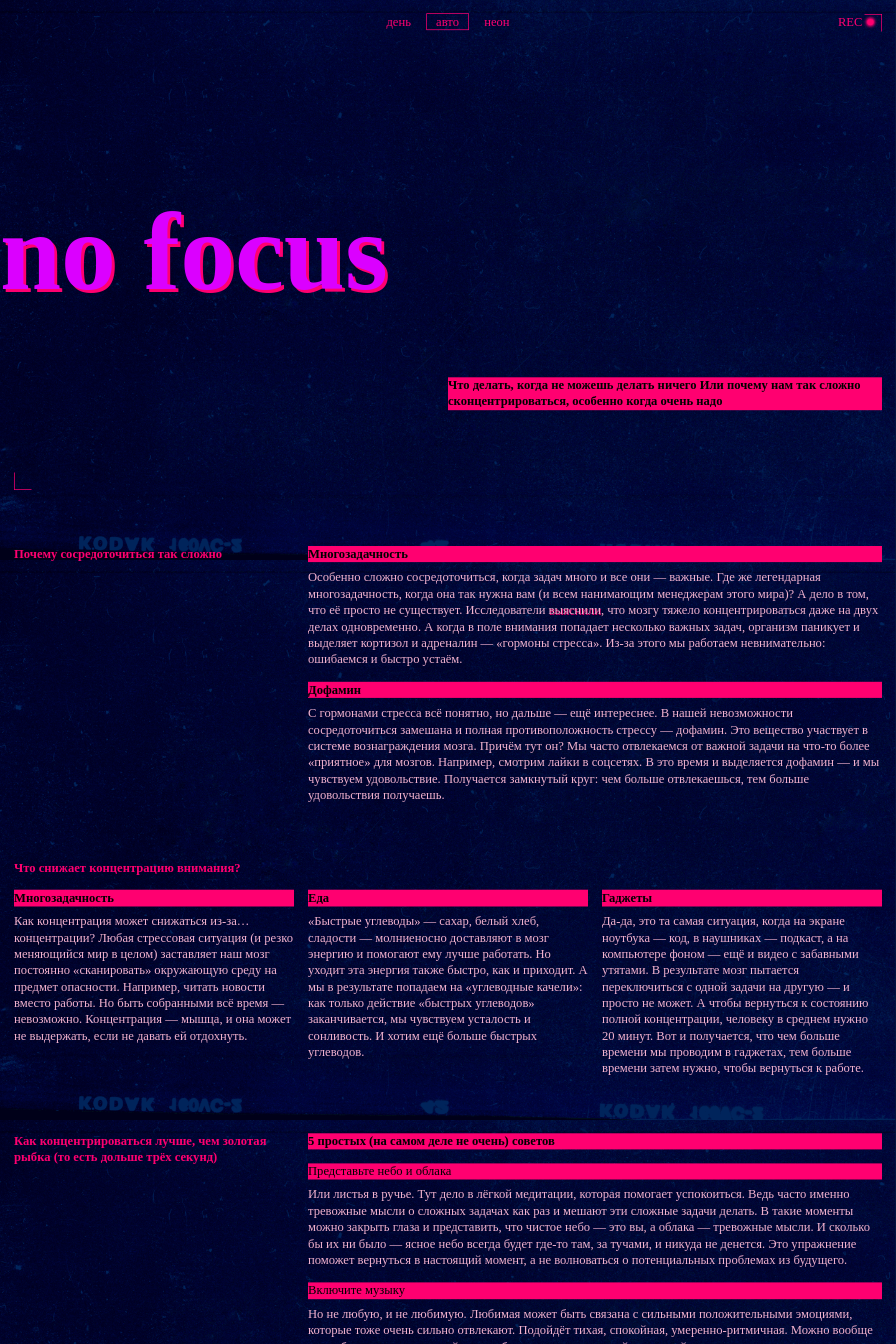
Repository: Hadoooouken/slozhno-sosredotochitsya
Page: index.html
An editor plug-in stored every save of this project. The page is shown before and after a run of saves, followed by the edit.
The browser window is 1280 px wide. The pictures show the part of the page from y = 0 to 1920 px (the page is 2354 px tall before and 2611 px after), at 70% of full size.
Backgrounds fixed to the window are drawn as part of the page.

Above is the page before, as saved 2024-01-22 15:44:06.

### index.html
<!DOCTYPE html>
<html lang="ru">
  <head>
    <meta charset="UTF-8" />
    <meta http-equiv="X-UA-Compatible" content="IE=edge" />
    <meta name="viewport" content="width=device-width, initial-scale=1.0" />
    <meta name="color-scheme" content="dark light" />
    <link rel="icon" href="images/favicon.svg" sizes="any" />
    <link rel="stylesheet" href="fonts/fonts.css" />
    <link rel="stylesheet" href="styles/globals.css" />
    <link rel="stylesheet" href="./styles/variables.css" />
    <link rel="stylesheet" href="scripts/script.js" />
    <link rel="stylesheet" href="./styles/style.css" />
    <link rel="stylesheet" href="./styles/dark.css" />
    <link rel="stylesheet" href="./styles/light.css" />
    <title>Сложно сосредоточиться</title>
  </head>
  <body class="page">
    <header class="header decorated-zone">
      <div class="decoration-element" aria-hidden="true"></div>
      <nav class="header__theme-menu">
        <ul class="header__theme-menu-list">
          <li class="header__theme-menu-item">
            <button
              class="header__theme-menu-button header__theme-menu-button_type_light"
            >
              День
            </button>
          </li>
          <li class="header__theme-menu-item">
            <button
              class="header__theme-menu-button header__theme-menu-button_active header__theme-menu-button_type_auto"
              disabled
            >
              Авто
            </button>
          </li>
          <li class="header__theme-menu-item">
            <button
              class="header__theme-menu-button header__theme-menu-button_type_dark"
            >
              Неон
            </button>
          </li>
        </ul>
      </nav>
      <h1 class="header__title">no focus</h1>
      <div class="header__text title_decor">
        <p>
          Что делать, когда не можешь делать ничего Или&nbspпочему нам так
          сложно сконцентрироваться, особенно когда очень надо
        </p>
      </div>
    </header>
    <main class="main">
      <section class="section">
        <article class="Focus__block">
          <h2 class="column__title">Почему сосредоточиться так сложно</h2>

          <div>
            <h2 class="right__column title_decor">Многозадачность</h2>
            <p class="right__pharahraph">
              Особенно сложно сосредоточиться, когда задач много и все они —
              важные. Где же легендарная многозадачность, когда она так нужна
              вам (и всем нанимающим менеджерам этого мира)? А дело в том, что
              её просто не существует. Исследователи
              <a
                class="paragraph__link"
                href="https://dana.org/article/multicosts-of-multitasking/"
                >выяснили</a
              >, что мозгу тяжело концентрироваться даже на двух делах
              одновременно. А когда в поле внимания попадает несколько важных
              задач, организм паникует и выделяет кортизол и адреналин —
              «гормоны стресса». Из-за этого мы работаем невнимательно:
              ошибаемся и быстро устаём.
            </p>
            <h2 class="right__column title_decor">Дофамин</h2>
            <p class="right__pharahraph">
              С гормонами стресса всё понятно, но дальше — ещё интереснее. В
              нашей невозможности сосредоточиться замешана и полная
              противоположность стрессу — дофамин. Это вещество участвует в
              системе вознаграждения мозга. Причём тут он? Мы часто отвлекаемся
              от важной задачи на что-то более «приятное» для мозгов. Например,
              смотрим лайки в соцсетях. В это время и выделяется дофамин — и мы
              чувствуем удовольствие. Получается замкнутый круг: чем больше
              отвлекаешься, тем больше удовольствия получаешь.
            </p>
          </div>
        </article>
      </section>
      <section class="section">
        <article class="concentration__block">
          <div class="concentration">
            <h2 class="column__title">Что снижает концентрацию внимания?</h2>
          </div>

          <div class="multitasking">
            <h2 class="right__column title_decor">Многозадачность</h2>
            <p class="right__pharahraph">
              Как концентрация может снижаться из-за… концентрации? Любая
              стрессовая ситуация (и резко меняющийся мир в целом) заставляет
              наш мозг постоянно «сканировать» окружающую среду на предмет
              опасности. Например, читать новости вместо работы. Но быть
              собранными всё время — невозможно. Концентрация — мышца, и она
              может не выдержать, если не давать ей отдохнуть.
            </p>
          </div>
          <div class="eat">
            <h2 class="right__column title_decor">Еда</h2>
            <p class="right__pharahraph">
              «Быстрые углеводы» — сахар, белый хлеб, сладости — молниеносно
              доставляют в мозг энергию и помогают ему лучше работать. Но уходит
              эта энергия также быстро, как и приходит. А мы в результате
              попадаем на «углеводные качели»: как только действие «быстрых
              углеводов» заканчивается, мы чувствуем усталость и сонливость. И
              хотим ещё больше быстрых углеводов.
            </p>
          </div>
          <div class="gadgets">
            <h2 class="right__column title_decor">Гаджеты</h2>
            <p class="right__pharahraph">
              Да-да, это та самая ситуация, когда на экране ноутбука — код, в
              наушниках — подкаст, а на компьютере фоном — ещё и видео с
              забавными утятами. В результате мозг пытается переключиться с
              одной задачи на другую — и просто не может. А чтобы вернуться к
              состоянию полной концентрации, человеку в среднем нужно 20 минут.
              Вот и получается, что чем больше времени мы проводим в гаджетах,
              тем больше времени затем нужно, чтобы вернуться к работе.
            </p>
          </div>
        </article>
      </section>
      <section class="section">
        <article class="how__block">
          <h2 class="column__title">
            Как концентрироваться лучше, чем золотая рыбка (то есть дольше трёх
            секунд)
          </h2>
          <div>
            <h2 class="right__column title_decor">
              5 простых (на самом деле не очень) советов
            </h2>
            <h2 class="concentration__title title_decor">Представьте небо и облака</h2>
            <p class="right__pharahraph2">
              Или листья в ручье. Тут дело в лёгкой медитации, которая помогает
              успокоиться. Ведь часто именно тревожные мысли о сложных задачах
              как раз и мешают эти сложные задачи делать. В такие моменты можно
              закрыть глаза и представить, что чистое небо — это вы, а облака —
              тревожные мысли. И сколько бы их ни было — ясное небо всегда будет
              где-то там, за тучами, и никуда не денется. Это упражнение поможет
              вернуться в настоящий момент, а не волноваться о потенциальных
              проблемах из будущего.
            </p>
            <h2 class="concentration__title title_decor">Включите музыку</h2>
            <p class="right__pharahraph2">
              Но не любую, и не любимую. Любимая может быть связана с сильными
              положительными эмоциями, которые тоже очень сильно отвлекают.
              Подойдёт тихая, спокойная, умеренно-ритмичная. Можно вообще
              попробовать включить плейлист в «белым шумом» или нейромузыкой.
            </p>
            <h2 class="concentration__title title_decor">Прогуляйтесь</h2>
            <p class="right__pharahraph2">
              Или даже пробегитесь. Лучше найти парк или лес: один эксперимент
              <a
                class="paragraph__link"
                href="https://www.sciencedirect.com/science/article/abs/pii/S0272494415000328"
                >показал</a
              >, что созерцание природы повышает концентрацию, в то время как
              после просмотра городских пейзажей она наоборот понижается. Можно
              совместить прогулку с физическими упражнениями или бегом — так в
              мозг поступит ещё больше кислорода и он будет лучше работать. Но и
              простая двадцатиминутная прогулка — тоже отличный вариант.
            </p>
            <h2 class="concentration__title title_decor">Хорошо ешьте</h2>
            <p class="right__pharahraph2">
              Мы — не ваша бабушка, но это правда важно. Выбирайте продукты,
              которые препятствуют резким скачкам сахара в крови. Например, с
              высоким содержанием клетчатки: овощи, ягоды, бобовые (нут,
              чечевица, фасоль), коричневый рис, хлеб из цельнозерновой пшеницы.
            </p>
            <h2 class="concentration__title title_decor">Читайте</h2>
            <p class="right__pharahraph2">
              Настоящие бумажные книги. Это правда помогает с концентрацией:
              чтобы прочитать пост в соцсети, достаточно нескольких минут или
              даже секунд. А вот интересная книга способна затянуть и на
              несколько часов и круто тренирует направленное внимание.
            </p>
          </div>
        </article>
      </section>
      <section class="se"></section>
    </main>

    <script src="./scripts/script.js"></script>
  </body>
</html>

### styles/globals.css
/* Глобальные стили для проекта, их можно дополнять и менять по желанию */

*,
*::before,
*::after {
  box-sizing: border-box;
}

body {
  min-inline-size: 375px;
  max-inline-size: 1440px;
  margin: 0 auto;

}

h1,
h2,
h3,
h4,
h5,
h6,
p {
  margin: 0;
}

ul {
  margin: 0;
  padding: 0;
  list-style: none;
}

picture {
  margin: 0;
  padding: 0;
}

button,
a {
  color: currentColor;
  font-family: inherit;
  font-size: inherit;
  line-height: inherit;
}

### styles/variables.css
:root {/*
  Переменные для вашего проекта
  и их переопределение под различные устройства
*/
--main-font:'IBM Plex mono' sans-serif;
--title-color:#DB00FF;
--main-color:
--subtitle-color:#000028;
--text-color: #F1B2CE;
--section-title: #FF0070;
--bg-color: #000028;
--section-color: #FF0070;
/*--hover: #FF0070;*/
--hover: rgb(255 0 112 / 0.4);
--link-color: #FF0070;




}

### scripts/script.js
const themeButtons = document.querySelectorAll('.header__theme-menu-button');

themeButtons.forEach((button) => {
  button.addEventListener('click', () => {
    themeButtons.forEach((btn) => {
      btn.classList.remove('header__theme-menu-button_active');
      btn.removeAttribute('disabled');
    });
    if (
      [...button.classList].includes('header__theme-menu-button_type_light')
    ) {
      changeTheme('light');
    } else if (
      [...button.classList].includes('header__theme-menu-button_type_dark')
    ) {
      changeTheme('dark');
    } else {
      changeTheme('auto');
    }
    button.classList.add('header__theme-menu-button_active');
    button.setAttribute('disabled', true);
  });
});

function changeTheme(theme) {
  document.body.className = 'page';
  document.body.classList.add(`theme_${theme}`);
  localStorage.setItem('theme', theme);
}

function initTheme() {
  const theme = localStorage.getItem('theme');
  if (theme) {
    changeTheme(theme);
    themeButtons.forEach((btn) => {
      btn.classList.remove('header__theme-menu-button_active');
      btn.removeAttribute('disabled');
    });
    document
      .querySelector(`.header__theme-menu-button_type_${theme}`)
      .classList.add('header__theme-menu-button_active');
    document
      .querySelector(`.header__theme-menu-button_type_${theme}`)
      .setAttribute('disabled', true);
  }
}

initTheme();

### styles/style.css
/* Основные стили проекта. Это стили для темы, которую вы верстаете первой. */

.page {
  /* сохраните в разметке и стилях класс page. На его основе работает скрипт. */

  background-color: var(--bg-color);
  background-image: url(/images/cover-image-dark.png);
  background-attachment: fixed;
  background-position: center;
  background-size: cover;
  font-family: var(--main-font);
  font-size: 18px;
}
.section {
  padding: 0px 20px;
}

.header {
  position: relative;
  block-size: 100vh;
  min-height: 375px;
  height: 100vh;
  padding: 20px;
  display: grid;
  grid-template-rows: 1fr min-content 1fr;
  justify-items: start;
}

.decorated-zone::before {
  content: "";
  position: absolute;
  border-top: 1px solid #ff0070;
  border-right: 1px solid #ff0070;
  right: 20px;
  top: 20px;
  width: 25px;
  height: 25px;
}

.decorated-zone::after {
  content: "";
  position: absolute;
  border-bottom: 1px solid #ff0070;
  border-left: 1px solid #ff0070;
  left: 20px;
  bottom: 20px;
  width: 25px;
  height: 25px;
}
.decoration-element {
  position: absolute;
  right: 48px;
  top: 21px;
}

.decoration-element::before {
  content: "REC";
  color: #ff0070;
  font-family: inherit;
  display: inline-block;
}

.decoration-element::after {
  content: "";
  background-color: #ff0070;
  width: 9px;
  height: 9px;
  border-radius: 50%;
  display: inline-block;
  box-shadow: 0px 0px 4px 2px #ff0070;
  top: 6px;
  left: 42px;
  position: absolute;
}

.header__title {
  font-family: var(--main-font);
  font-size: clamp(7.5rem, 0.5625rem + 14.4531vw, 9.8125rem);
  color: var(--title-color);
  line-height: 82.5%; /* 129.525px */
  text-shadow: 4px 4px 0 var(--section-title);
  margin-left: -20px;
}

.header__theme-menu {
  justify-self: center;
}

.header__text {
  font-size: 18px;
  justify-self: end;
  width: 50%; /*под вопросом*/
  align-self: center;
  font-weight: 700;
  color: var(--subtitle-color);
  line-height: 23.4px;
}

.title_decor {
  background-color: var(--section-title);
}

.header__theme-menu-list {
  display: flex;
  justify-content: center;
  gap: 10px;
}

.header__theme-menu-button {
  background-color: transparent;
  color: var(--section-title);
  border: none;
  text-transform: lowercase;
  line-height: 18px;
  padding: 2px 13px;
  cursor: pointer;
}

.header__theme-menu-button:focus {
  outline: none;
}

.header__theme-menu-button:focus-visible {
  text-decoration: underline;
  outline: none;
  color: var(--section-title);
}

.header__theme-menu-button:hover {
  outline: 1px solid var(--hover);
}



.header__theme-menu-button_active {
  pointer-events: none;
  outline: 1px solid var(--section-title);
}

.main {
  padding-top: 60px;
}

.Focus__block {
  display: grid;
  grid-template-columns: 1fr 2fr;
  gap: 10px;
}

.column__title {
  font-weight: 700;
  color: var(--section-color);
  font-size: inherit;
  line-height: 23.4px;
}

.right__column {
  font-size: inherit;
  line-height: 23.4px;
  margin-bottom: 10px;
  font-weight: 700;
}

.right__pharahraph {
  font-size: inherit;
  line-height: 23.4px;
  color: var(--text-color);
  font-weight: 400;
  margin-bottom: 20px;
}
.right__pharahraph:last-child {
  margin-bottom: 0px;
}

.paragraph__link {
  text-decoration: none;
  cursor: pointer;
  text-shadow: 1px 2px 0 var(--link-color);
}

.paragraph__link:hover {
  border-bottom: 1px solid var(--text-color);
}

.paragraph__link:focus {
  outline: none;
}

.paragraph__link:focus-visible {
  outline: 1px solid var(--text-color);
  color: var(--section-title);
  outline-offset: 0px;
}

.concentration__block {
  padding-top: 80px;
  display: grid;
  grid-template-columns: repeat(3, 1fr);
  grid-template-rows: repeat(2, min-content);
  grid-column-gap: 20px;
  grid-row-gap: 20px;

  grid-template-areas:
    "concentration unset unset"
    "multitasking eat gadgets";
}

.concentration {
  grid-area: concentration;
}

.multitasking {
  grid-area: multitasking;
}
.eat {
  grid-area: eat;
}

.gadgets {
  grid-area: gadgets;
}

.how__block {
  padding-top: 80px;
  display: grid;
  grid-template-columns: 1fr 2fr;
  grid-column-gap: 10px;
}

.concentration__title {
  font-weight: 400;
  font-size: inherit;
  line-height: 23.4px;
  margin-top: 20px;
}

.right__pharahraph2 {
  font-size: inherit;
  line-height: 23.4px;
  color: var(--text-color);
  font-weight: 400;
  margin-top: 10px;
}

### styles/dark.css
/*
  Специально для тёмной темы при наличии класса,
  здесь окажутся стили, которые нужно переопределить принудительно,
  переключая тему
*/

.page.theme_dark {
  /* сохраните этот селектор в приведённом виде.
    Так стили написанные ниже будут иметь больший вес,
    чем стили в медиазапросе предпочтений пользователя
  */
--main-font:'IBM Plex mono' sans-serif;
--title-color:#DB00FF;
--subtitle-color:#000028;
--text-color: #F1B2CE;
--section-title: #FF0070;
--link-color: #FF0070;

}

Loaded but not shown: fonts/fonts.css (common file); styles/light.css (common file)

After the next 2 saves:
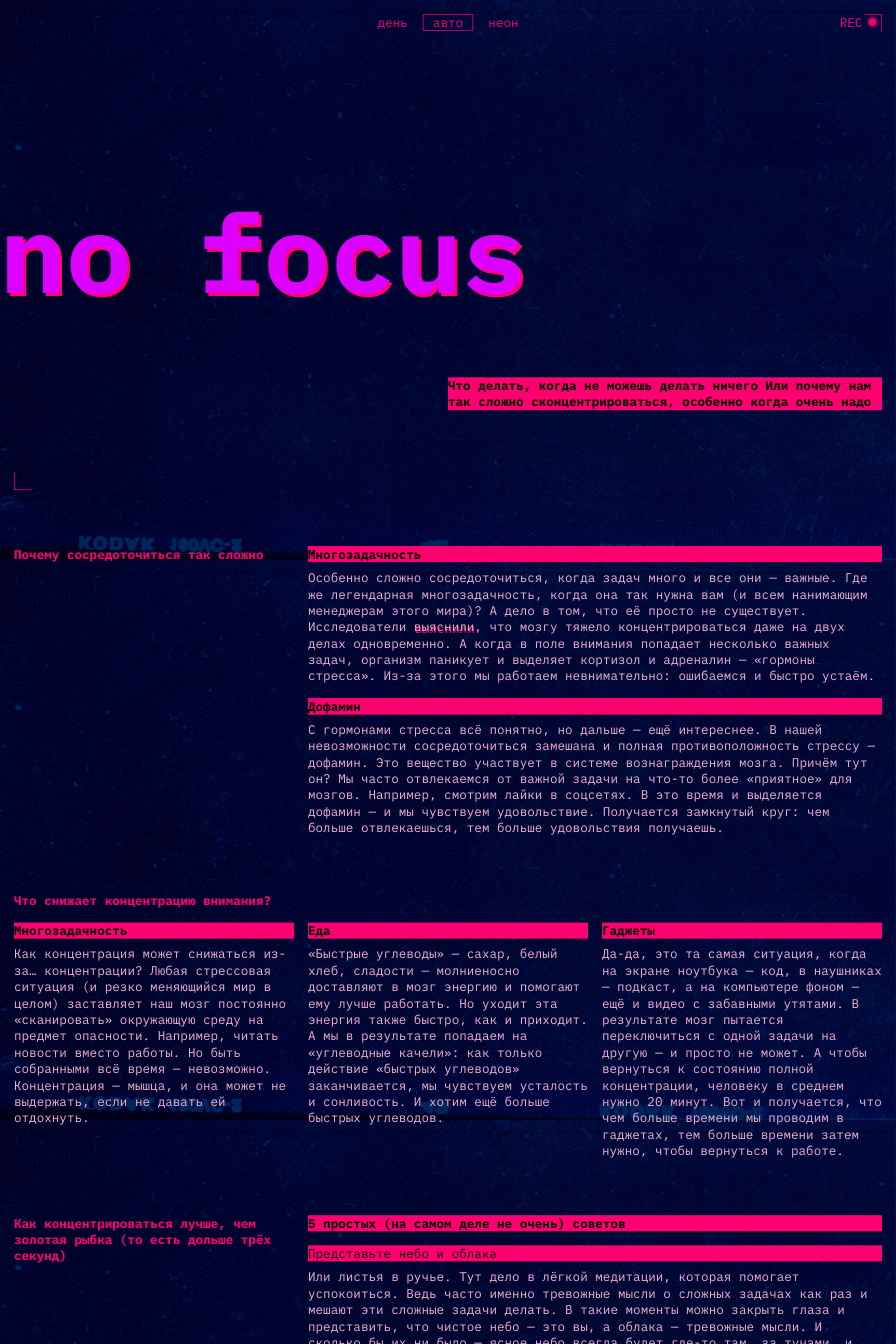
The 2 saves are shown as one change because they came seconds apart.
The last was saved 44 s later.
--- a/styles/style.css
+++ b/styles/style.css
@@ -8,7 +8,7 @@
   background-attachment: fixed;
   background-position: center;
   background-size: cover;
-  font-family: var(--main-font);
+  font-family: "IBM Plex mono";
   font-size: 18px;
 }
 .section {
@@ -175,7 +175,7 @@
 .paragraph__link {
   text-decoration: none;
   cursor: pointer;
-  text-shadow: 1px 2px 0 var(--link-color);
+  text-shadow: 1px 2px 0 var(--section-title);
 }
 
 .paragraph__link:hover {
